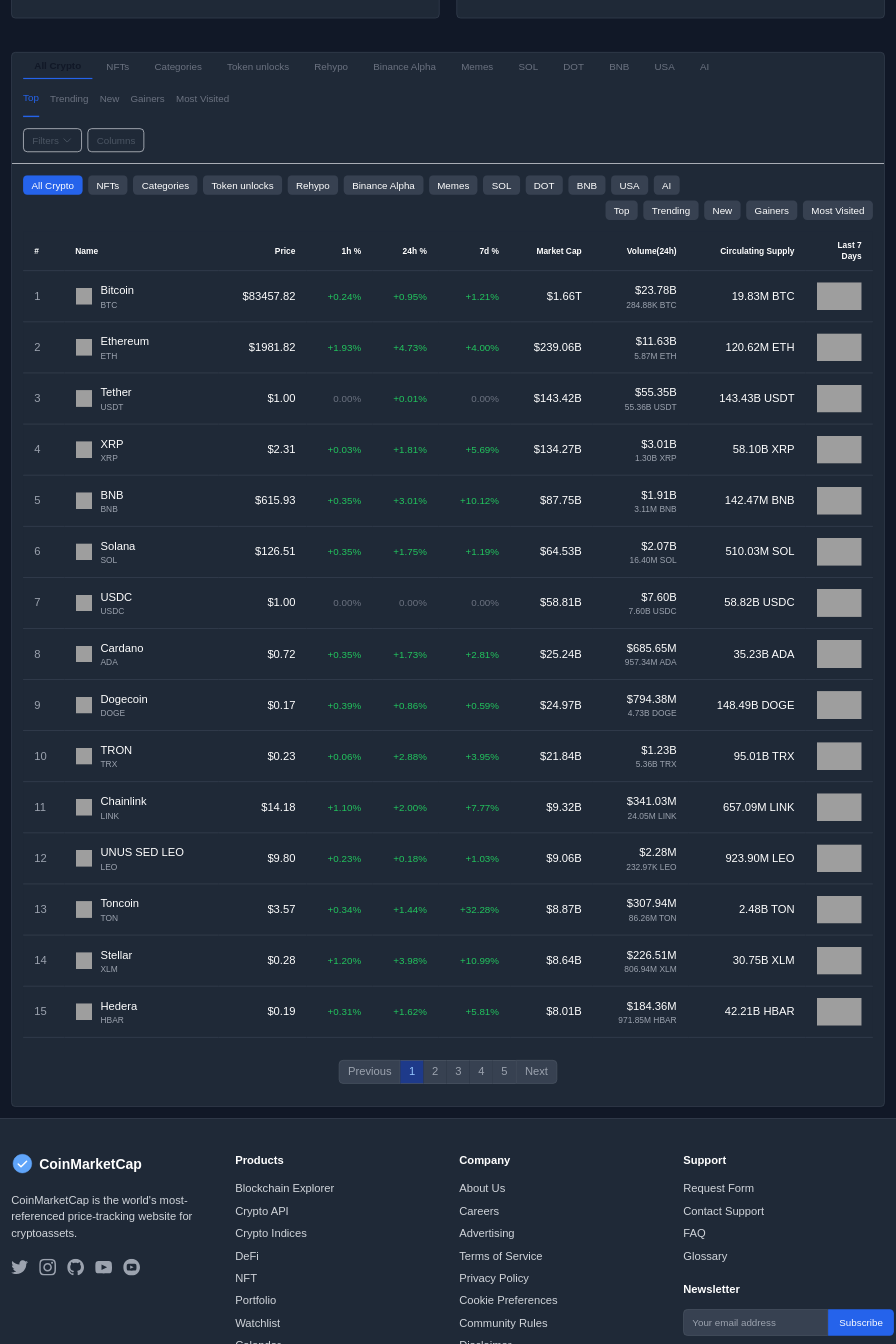
Repository: halilhaninan/testcmc
Page: /
These files come from the project's save history. The page is drawn as it stood at one moment and after the next save; the edit follows.
The browser window is 1280 px wide. The pictures show the part of the page from y = 876 to 2796 px (the page is 2963 px tall before and 2883 px after), at 70% of full size.
Pictures or frames that could not be fetched are drawn as grey boxes. The project was rebuilt for these pictures with package versions that can differ from the ones it lists, and the page was loaded fresh each time. Also part of the build but not shown: vite.config.ts.

Above is the page before, as saved 2025-04-07 20:41:59.

### index.html
<!DOCTYPE html>
<html lang="en">

<head>
  <meta charset="UTF-8" />
  <link rel="icon" type="image/svg+xml" href="data:[embedded picture, 526 characters]" />
  <meta name="viewport" content="width=device-width, initial-scale=1.0" />
  <title>Cryptocurrency Prices, Charts, and Market Capitalizations | CoinMarketCap Clone</title>
  <meta name="description" content="A clone of CoinMarketCap - the world's most-referenced price-tracking website for cryptoassets in the rapidly growing cryptocurrency space." />
</head>

<body>
  <div id="root"></div>
  <script type="module" src="/src/main.tsx"></script>
</body>

</html>

### src/main.tsx
import { createRoot } from "react-dom/client";
import "./index.css";
import App from "./App.tsx";

const rootElement = document.getElementById("root");
if (!rootElement) {
  throw new Error("Failed to find root element");
}

createRoot(rootElement).render(<App />);

### src/index.css
@tailwind base;
@tailwind components;
@tailwind utilities;

body {
  font-family: Arial, Helvetica, sans-serif;
}

:root {
  --background: 0 0% 100%;
  --foreground: 240 10% 3.9%;
  --card: 0 0% 100%;
  --card-foreground: 240 10% 3.9%;
  --popover: 0 0% 100%;
  --popover-foreground: 240 10% 3.9%;
  --primary: 240 5.9% 10%;
  --primary-foreground: 0 0% 98%;
  --secondary: 240 4.8% 95.9%;
  --secondary-foreground: 240 5.9% 10%;
  --muted: 240 4.8% 95.9%;
  --muted-foreground: 240 3.8% 46.1%;
  --accent: 240 4.8% 95.9%;
  --accent-foreground: 240 5.9% 10%;
  --destructive: 0 84.2% 60.2%;
  --destructive-foreground: 0 0% 98%;
  --border: 240 5.9% 90%;
  --input: 240 5.9% 90%;
  --ring: 240 5.9% 10%;
  --radius: 0.5rem;
  --chart-1: 12 76% 61%;
  --chart-2: 173 58% 39%;
  --chart-3: 197 37% 24%;
  --chart-4: 43 74% 66%;
  --chart-5: 27 87% 67%;
}

.dark {
  --background: 240 10% 3.9%;
  --foreground: 0 0% 98%;
  --card: 240 10% 3.9%;
  --card-foreground: 0 0% 98%;
  --popover: 240 10% 3.9%;
  --popover-foreground: 0 0% 98%;
  --primary: 0 0% 98%;
  --primary-foreground: 240 5.9% 10%;
  --secondary: 240 3.7% 15.9%;
  --secondary-foreground: 0 0% 98%;
  --muted: 240 3.7% 15.9%;
  --muted-foreground: 240 5% 64.9%;
  --accent: 240 3.7% 15.9%;
  --accent-foreground: 0 0% 98%;
  --destructive: 0 62.8% 30.6%;
  --destructive-foreground: 0 0% 98%;
  --border: 240 3.7% 15.9%;
  --input: 240 3.7% 15.9%;
  --ring: 240 4.9% 83.9%;
  --chart-1: 220 70% 50%;
  --chart-2: 160 60% 45%;
  --chart-3: 30 80% 55%;
  --chart-4: 280 65% 60%;
  --chart-5: 340 75% 55%;
}

@layer utilities {
  .no-scrollbar::-webkit-scrollbar {
    display: none;
  }

  .no-scrollbar {
    -ms-overflow-style: none;  /* IE and Edge */
    scrollbar-width: none;  /* Firefox */
  }
}

### src/App.tsx
import React from "react";
import Header from "./components/layout/Header";
import Footer from "./components/layout/Footer";
import GlobalStats from "./components/ui/GlobalStats";
import TrendingSection from "./components/ui/TrendingSection";
import FilterTabs from "./components/ui/FilterTabs";
import CryptoTable from "./components/ui/CryptoTable";
import { ThemeProvider } from "./context/ThemeContext";

function App() {
  return (
    <ThemeProvider>
      <div className="flex min-h-screen flex-col bg-gray-50 transition-colors duration-200 dark:bg-gray-900">
        <Header />
        <main className="flex-grow">
          <GlobalStats />
          <TrendingSection />
          <div className="container mx-auto px-4 py-4">
            <div className="overflow-hidden rounded-md border border-gray-200 bg-white shadow-sm transition-colors duration-200 dark:border-gray-700 dark:bg-gray-800">
              <FilterTabs />
              <CryptoTable />
            </div>
          </div>
        </main>
        <Footer />
      </div>
    </ThemeProvider>
  );
}

export default App;

### src/components/ui/CryptoTable.tsx
import React from "react";
import { cryptocurrencies } from "../../data/mockData";
import {
  formatCurrency,
  formatCurrencyWithDecimals,
  formatNumber,
  formatSupply,
  getPercentClass,
} from "../../utils/formatters";

const CryptoTable: React.FC = () => {
  return (
    <div className="container mx-auto overflow-x-auto px-4">
      {/* Filters and Categories */}
      <div className="mb-4 flex flex-wrap items-center gap-2 text-sm">
        <div className="flex flex-wrap gap-2">
          <button className="rounded-md bg-blue-600 px-3 py-1 text-white">All Crypto</button>
          <button className="rounded-md bg-gray-100 px-3 py-1 text-gray-700 hover:bg-gray-200 dark:bg-gray-700 dark:text-white dark:hover:bg-gray-600">
            NFTs
          </button>
          <button className="rounded-md bg-gray-100 px-3 py-1 text-gray-700 hover:bg-gray-200 dark:bg-gray-700 dark:text-white dark:hover:bg-gray-600">
            Categories
          </button>
          <button className="rounded-md bg-gray-100 px-3 py-1 text-gray-700 hover:bg-gray-200 dark:bg-gray-700 dark:text-white dark:hover:bg-gray-600">
            Token unlocks
          </button>
          <button className="rounded-md bg-gray-100 px-3 py-1 text-gray-700 hover:bg-gray-200 dark:bg-gray-700 dark:text-white dark:hover:bg-gray-600">
            Rehypo
          </button>
          <button className="rounded-md bg-gray-100 px-3 py-1 text-gray-700 hover:bg-gray-200 dark:bg-gray-700 dark:text-white dark:hover:bg-gray-600">
            Binance Alpha
          </button>
          <button className="rounded-md bg-gray-100 px-3 py-1 text-gray-700 hover:bg-gray-200 dark:bg-gray-700 dark:text-white dark:hover:bg-gray-600">
            Memes
          </button>
          <button className="rounded-md bg-gray-100 px-3 py-1 text-gray-700 hover:bg-gray-200 dark:bg-gray-700 dark:text-white dark:hover:bg-gray-600">
            SOL
          </button>
          <button className="rounded-md bg-gray-100 px-3 py-1 text-gray-700 hover:bg-gray-200 dark:bg-gray-700 dark:text-white dark:hover:bg-gray-600">
            DOT
          </button>
          <button className="rounded-md bg-gray-100 px-3 py-1 text-gray-700 hover:bg-gray-200 dark:bg-gray-700 dark:text-white dark:hover:bg-gray-600">
            BNB
          </button>
          <button className="rounded-md bg-gray-100 px-3 py-1 text-gray-700 hover:bg-gray-200 dark:bg-gray-700 dark:text-white dark:hover:bg-gray-600">
            USA
          </button>
          <button className="rounded-md bg-gray-100 px-3 py-1 text-gray-700 hover:bg-gray-200 dark:bg-gray-700 dark:text-white dark:hover:bg-gray-600">
            AI
          </button>
        </div>
        <div className="ml-auto flex gap-2">
          <button className="rounded-md bg-gray-100 px-3 py-1 text-gray-700 hover:bg-gray-200 dark:bg-gray-700 dark:text-white dark:hover:bg-gray-600">
            Top
          </button>
          <button className="rounded-md bg-gray-100 px-3 py-1 text-gray-700 hover:bg-gray-200 dark:bg-gray-700 dark:text-white dark:hover:bg-gray-600">
            Trending
          </button>
          <button className="rounded-md bg-gray-100 px-3 py-1 text-gray-700 hover:bg-gray-200 dark:bg-gray-700 dark:text-white dark:hover:bg-gray-600">
            New
          </button>
          <button className="rounded-md bg-gray-100 px-3 py-1 text-gray-700 hover:bg-gray-200 dark:bg-gray-700 dark:text-white dark:hover:bg-gray-600">
            Gainers
          </button>
          <button className="rounded-md bg-gray-100 px-3 py-1 text-gray-700 hover:bg-gray-200 dark:bg-gray-700 dark:text-white dark:hover:bg-gray-600">
            Most Visited
          </button>
        </div>
      </div>

      <table className="min-w-full bg-white dark:bg-gray-800">
        <thead>
          <tr className="border-b border-gray-200 text-xs text-gray-500 dark:border-gray-700 dark:text-white">
            <th className="px-4 py-3 text-left">#</th>
            <th className="px-4 py-3 text-left">Name</th>
            <th className="px-4 py-3 text-right">Price</th>
            <th className="px-4 py-3 text-right">1h %</th>
            <th className="px-4 py-3 text-right">24h %</th>
            <th className="px-4 py-3 text-right">7d %</th>
            <th className="px-4 py-3 text-right">Market Cap</th>
            <th className="px-4 py-3 text-right">Volume(24h)</th>
            <th className="px-4 py-3 text-right">Circulating Supply</th>
            <th className="px-4 py-3 text-right">Last 7 Days</th>
          </tr>
        </thead>
        <tbody>
          {cryptocurrencies.map((crypto) => (
            <tr
              key={crypto.id}
              className="border-b border-gray-200 hover:bg-gray-50 dark:border-gray-700 dark:hover:bg-gray-700"
            >
              <td className="px-4 py-4 text-left text-gray-500 dark:text-gray-400">
                {crypto.rank}
              </td>
              <td className="px-4 py-4 text-left">
                <div className="flex items-center">
                  <img src={crypto.logo} alt={crypto.name} className="mr-3 h-6 w-6" />
                  <div>
                    <div className="font-medium text-gray-900 dark:text-white">{crypto.name}</div>
                    <div className="text-xs text-gray-500 dark:text-gray-400">{crypto.symbol}</div>
                  </div>
                </div>
              </td>
              <td className="px-4 py-4 text-right font-medium text-gray-900 dark:text-white">
                {formatCurrencyWithDecimals(crypto.price)}
              </td>
              <td
                className={`px-4 py-4 text-right text-sm ${getPercentClass(crypto.percentChange1h)}`}
              >
                {crypto.percentChange1h > 0 ? "+" : ""}
                {crypto.percentChange1h.toFixed(2)}%
              </td>
              <td
                className={`px-4 py-4 text-right text-sm ${getPercentClass(crypto.percentChange24h)}`}
              >
                {crypto.percentChange24h > 0 ? "+" : ""}
                {crypto.percentChange24h.toFixed(2)}%
              </td>
              <td
                className={`px-4 py-4 text-right text-sm ${getPercentClass(crypto.percentChange7d)}`}
              >
                {crypto.percentChange7d > 0 ? "+" : ""}
                {crypto.percentChange7d.toFixed(2)}%
              </td>
              <td className="px-4 py-4 text-right font-medium text-gray-900 dark:text-white">
                {formatCurrency(crypto.marketCap)}
              </td>
              <td className="px-4 py-4 text-right">
                <div className="text-gray-900 dark:text-white">
                  {formatCurrency(crypto.volume24h)}
                </div>
                <div className="text-xs text-gray-500 dark:text-gray-400">
                  {formatNumber(crypto.volume24h / crypto.price)} {crypto.symbol}
                </div>
              </td>
              <td className="px-4 py-4 text-right">
                <div className="text-gray-900 dark:text-white">
                  {formatSupply(crypto.circulatingSupply, crypto.symbol)}
                </div>
              </td>
              <td className="w-24 px-4 py-4">
                <img
                  src={crypto.sparkline}
                  alt={`${crypto.name} 7d chart`}
                  className="h-10 w-full"
                />
              </td>
            </tr>
          ))}
        </tbody>
      </table>

      {/* Pagination */}
      <div className="my-8 flex justify-center">
        <nav className="inline-flex">
          <button className="rounded-l-md border border-gray-300 bg-white px-3 py-1 text-gray-500 hover:bg-gray-50 dark:border-gray-600 dark:bg-gray-700 dark:text-gray-400 dark:hover:bg-gray-600">
            Previous
          </button>
          <button className="border-b border-t border-gray-300 bg-blue-50 px-3 py-1 font-medium text-blue-600 dark:border-gray-600 dark:bg-blue-900 dark:text-blue-300">
            1
          </button>
          <button className="border-b border-t border-gray-300 bg-white px-3 py-1 text-gray-500 hover:bg-gray-50 dark:border-gray-600 dark:bg-gray-700 dark:text-gray-400 dark:hover:bg-gray-600">
            2
          </button>
          <button className="border-b border-t border-gray-300 bg-white px-3 py-1 text-gray-500 hover:bg-gray-50 dark:border-gray-600 dark:bg-gray-700 dark:text-gray-400 dark:hover:bg-gray-600">
            3
          </button>
          <button className="border-b border-t border-gray-300 bg-white px-3 py-1 text-gray-500 hover:bg-gray-50 dark:border-gray-600 dark:bg-gray-700 dark:text-gray-400 dark:hover:bg-gray-600">
            4
          </button>
          <button className="border-b border-t border-gray-300 bg-white px-3 py-1 text-gray-500 hover:bg-gray-50 dark:border-gray-600 dark:bg-gray-700 dark:text-gray-400 dark:hover:bg-gray-600">
            5
          </button>
          <button className="rounded-r-md border border-gray-300 bg-white px-3 py-1 text-gray-500 hover:bg-gray-50 dark:border-gray-600 dark:bg-gray-700 dark:text-gray-400 dark:hover:bg-gray-600">
            Next
          </button>
        </nav>
      </div>
    </div>
  );
};

export default CryptoTable;

### src/context/ThemeContext.tsx
import React, { createContext, useContext, useState, useEffect } from "react";

type ThemeContextType = {
  isDarkMode: boolean;
  toggleTheme: () => void;
};

const ThemeContext = createContext<ThemeContextType | undefined>(undefined);

export const ThemeProvider: React.FC<{ children: React.ReactNode }> = ({ children }) => {
  const [isDarkMode, setIsDarkMode] = useState<boolean>(() => {
    // Varsayılan olarak dark mode'u aktif et
    return true;
  });

  useEffect(() => {
    if (isDarkMode) {
      document.documentElement.classList.add("dark");
    } else {
      document.documentElement.classList.remove("dark");
    }
  }, [isDarkMode]);

  const toggleTheme = () => {
    setIsDarkMode(!isDarkMode);
  };

  return (
    <ThemeContext.Provider value={{ isDarkMode, toggleTheme }}>{children}</ThemeContext.Provider>
  );
};

export const useTheme = () => {
  const context = useContext(ThemeContext);
  if (context === undefined) {
    throw new Error("useTheme must be used within a ThemeProvider");
  }
  return context;
};

### src/utils/formatters.ts
/**
 * Format large numbers to a readable format with abbreviations (K, M, B, T)
 */
export const formatNumber = (num: number): string => {
  if (num === undefined || num === null) return "N/A";

  if (num >= 1e12) {
    return (num / 1e12).toFixed(2) + 'T';
  } else if (num >= 1e9) {
    return (num / 1e9).toFixed(2) + 'B';
  } else if (num >= 1e6) {
    return (num / 1e6).toFixed(2) + 'M';
  } else if (num >= 1e3) {
    return (num / 1e3).toFixed(2) + 'K';
  } else {
    return num.toFixed(2);
  }
};

/**
 * Format a number as a currency with $ prefix
 */
export const formatCurrency = (num: number): string => {
  if (num === undefined || num === null) return "N/A";

  if (num >= 1e12) {
    return '$' + (num / 1e12).toFixed(2) + 'T';
  } else if (num >= 1e9) {
    return '$' + (num / 1e9).toFixed(2) + 'B';
  } else if (num >= 1e6) {
    return '$' + (num / 1e6).toFixed(2) + 'M';
  } else if (num >= 1e3) {
    return '$' + (num / 1e3).toFixed(2) + 'K';
  } else {
    return '$' + num.toFixed(2);
  }
};

/**
 * Format a number as a currency with $ prefix and maximum decimals
 */
export const formatCurrencyWithDecimals = (num: number, decimals = 2): string => {
  if (num === undefined || num === null) return "N/A";

  // For small numbers (stablecoins), show more decimals
  if (num < 1 && num > 0) {
    return '$' + num.toFixed(Math.min(6, decimals));
  }

  // For normal numbers
  return '$' + num.toFixed(decimals);
};

/**
 * Format a percentage with % suffix and color
 */
export const formatPercent = (num: number): string => {
  if (num === undefined || num === null) return "N/A";
  return (num > 0 ? '+' : '') + num.toFixed(2) + '%';
};

/**
 * Format supply numbers
 */
export const formatSupply = (num: number, symbol: string): string => {
  if (num === undefined || num === null) return "N/A";

  if (num >= 1e12) {
    return (num / 1e12).toFixed(2) + 'T ' + symbol;
  } else if (num >= 1e9) {
    return (num / 1e9).toFixed(2) + 'B ' + symbol;
  } else if (num >= 1e6) {
    return (num / 1e6).toFixed(2) + 'M ' + symbol;
  } else if (num >= 1e3) {
    return (num / 1e3).toFixed(2) + 'K ' + symbol;
  } else {
    return num.toFixed(2) + ' ' + symbol;
  }
};

/**
 * Get CSS class for positive or negative percentage
 */
export const getPercentClass = (percent: number): string => {
  if (percent > 0) {
    return 'text-green-500';
  } else if (percent < 0) {
    return 'text-red-500';
  } else {
    return 'text-gray-500';
  }
};

Loaded but not shown: tailwind.config.js (118 lines, source omitted); src/components/layout/Footer.tsx (269 lines, source omitted); src/data/mockData.ts (340 lines, source omitted); src/components/layout/Header.tsx (201 lines, source omitted); src/components/ui/GlobalStats.tsx (109 lines, source omitted); src/components/ui/TrendingSection.tsx (97 lines, source omitted); src/components/ui/FilterTabs.tsx (93 lines, source omitted)

After the next save:
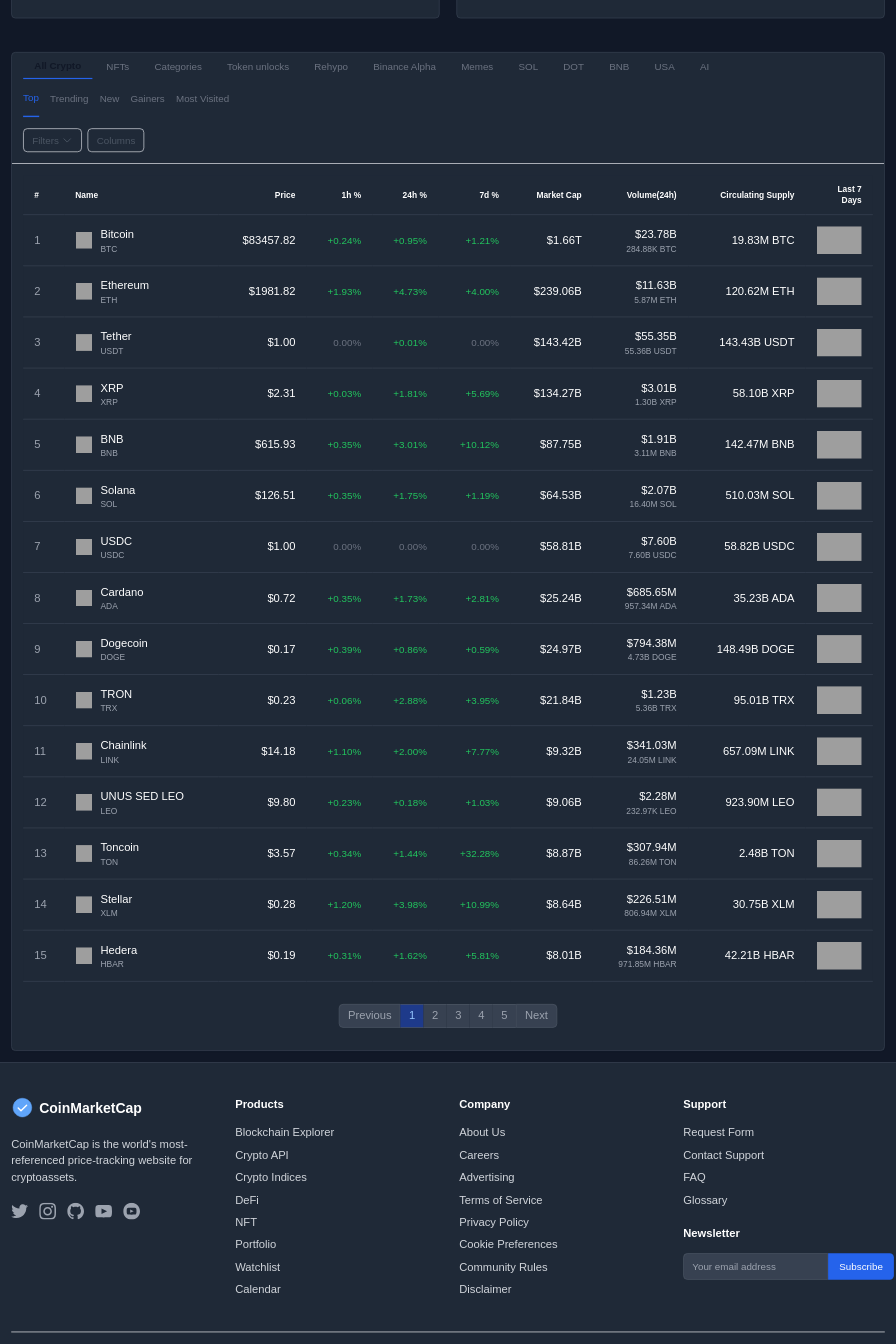
Saved 19 s later.
--- a/src/components/ui/CryptoTable.tsx
+++ b/src/components/ui/CryptoTable.tsx
@@ -11,63 +11,6 @@
 const CryptoTable: React.FC = () => {
   return (
     <div className="container mx-auto overflow-x-auto px-4">
-      {/* Filters and Categories */}
-      <div className="mb-4 flex flex-wrap items-center gap-2 text-sm">
-        <div className="flex flex-wrap gap-2">
-          <button className="rounded-md bg-blue-600 px-3 py-1 text-white">All Crypto</button>
-          <button className="rounded-md bg-gray-100 px-3 py-1 text-gray-700 hover:bg-gray-200 dark:bg-gray-700 dark:text-white dark:hover:bg-gray-600">
-            NFTs
-          </button>
-          <button className="rounded-md bg-gray-100 px-3 py-1 text-gray-700 hover:bg-gray-200 dark:bg-gray-700 dark:text-white dark:hover:bg-gray-600">
-            Categories
-          </button>
-          <button className="rounded-md bg-gray-100 px-3 py-1 text-gray-700 hover:bg-gray-200 dark:bg-gray-700 dark:text-white dark:hover:bg-gray-600">
-            Token unlocks
-          </button>
-          <button className="rounded-md bg-gray-100 px-3 py-1 text-gray-700 hover:bg-gray-200 dark:bg-gray-700 dark:text-white dark:hover:bg-gray-600">
-            Rehypo
-          </button>
-          <button className="rounded-md bg-gray-100 px-3 py-1 text-gray-700 hover:bg-gray-200 dark:bg-gray-700 dark:text-white dark:hover:bg-gray-600">
-            Binance Alpha
-          </button>
-          <button className="rounded-md bg-gray-100 px-3 py-1 text-gray-700 hover:bg-gray-200 dark:bg-gray-700 dark:text-white dark:hover:bg-gray-600">
-            Memes
-          </button>
-          <button className="rounded-md bg-gray-100 px-3 py-1 text-gray-700 hover:bg-gray-200 dark:bg-gray-700 dark:text-white dark:hover:bg-gray-600">
-            SOL
-          </button>
-          <button className="rounded-md bg-gray-100 px-3 py-1 text-gray-700 hover:bg-gray-200 dark:bg-gray-700 dark:text-white dark:hover:bg-gray-600">
-            DOT
-          </button>
-          <button className="rounded-md bg-gray-100 px-3 py-1 text-gray-700 hover:bg-gray-200 dark:bg-gray-700 dark:text-white dark:hover:bg-gray-600">
-            BNB
-          </button>
-          <button className="rounded-md bg-gray-100 px-3 py-1 text-gray-700 hover:bg-gray-200 dark:bg-gray-700 dark:text-white dark:hover:bg-gray-600">
-            USA
-          </button>
-          <button className="rounded-md bg-gray-100 px-3 py-1 text-gray-700 hover:bg-gray-200 dark:bg-gray-700 dark:text-white dark:hover:bg-gray-600">
-            AI
-          </button>
-        </div>
-        <div className="ml-auto flex gap-2">
-          <button className="rounded-md bg-gray-100 px-3 py-1 text-gray-700 hover:bg-gray-200 dark:bg-gray-700 dark:text-white dark:hover:bg-gray-600">
-            Top
-          </button>
-          <button className="rounded-md bg-gray-100 px-3 py-1 text-gray-700 hover:bg-gray-200 dark:bg-gray-700 dark:text-white dark:hover:bg-gray-600">
-            Trending
-          </button>
-          <button className="rounded-md bg-gray-100 px-3 py-1 text-gray-700 hover:bg-gray-200 dark:bg-gray-700 dark:text-white dark:hover:bg-gray-600">
-            New
-          </button>
-          <button className="rounded-md bg-gray-100 px-3 py-1 text-gray-700 hover:bg-gray-200 dark:bg-gray-700 dark:text-white dark:hover:bg-gray-600">
-            Gainers
-          </button>
-          <button className="rounded-md bg-gray-100 px-3 py-1 text-gray-700 hover:bg-gray-200 dark:bg-gray-700 dark:text-white dark:hover:bg-gray-600">
-            Most Visited
-          </button>
-        </div>
-      </div>
-
       <table className="min-w-full bg-white dark:bg-gray-800">
         <thead>
           <tr className="border-b border-gray-200 text-xs text-gray-500 dark:border-gray-700 dark:text-white">
